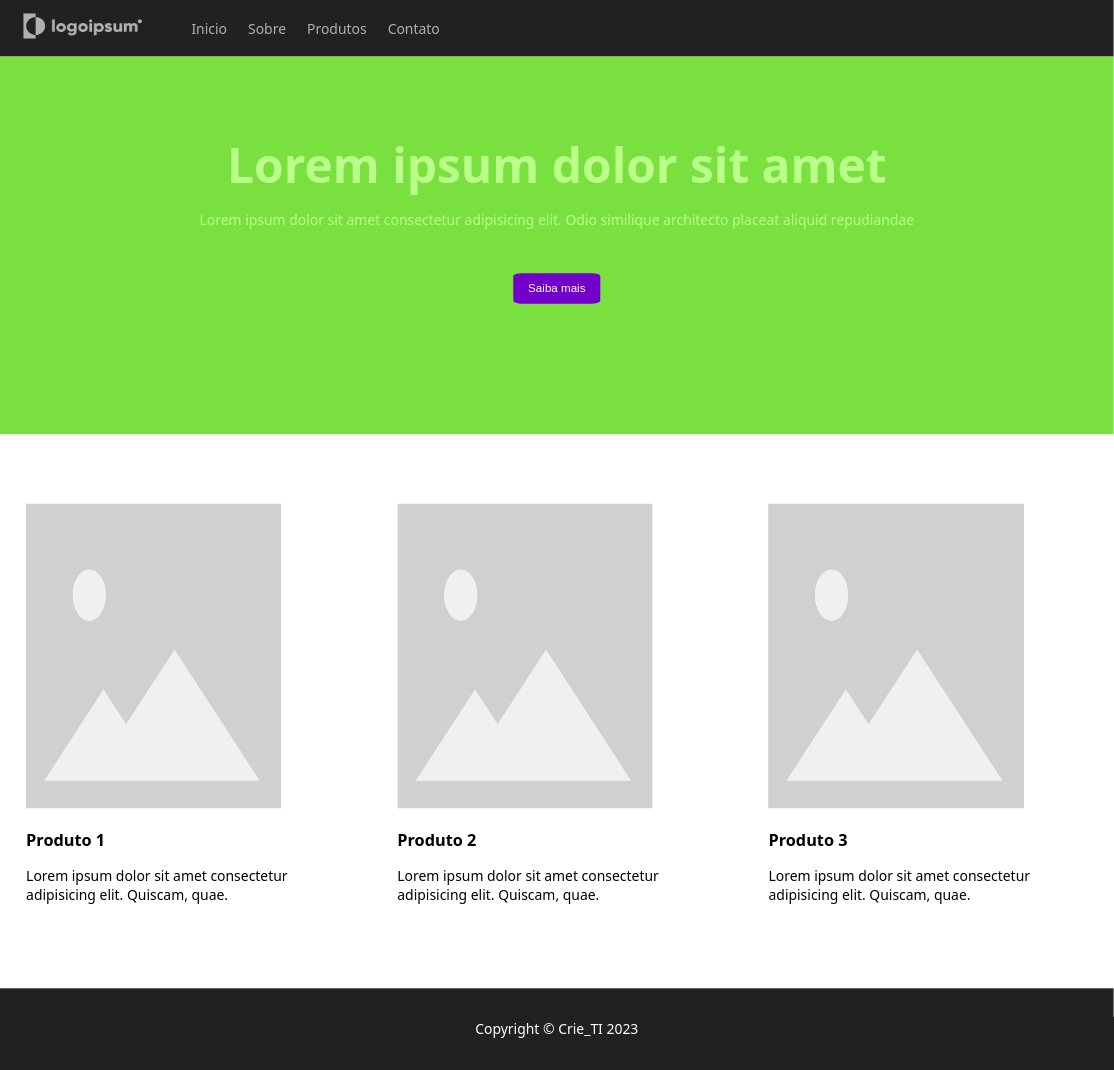
Repository: Carolden/SiteCrie_Ti
Page: index.html
The author's editor kept a copy of each file at every save. The page is drawn from the files as they stood at one save, then again after the next save.
The browser window is 1280 px wide. The pictures show the whole page, at 87% of full size.

Above is the page before, as saved 2023-04-25 19:48:04.

After the next save:
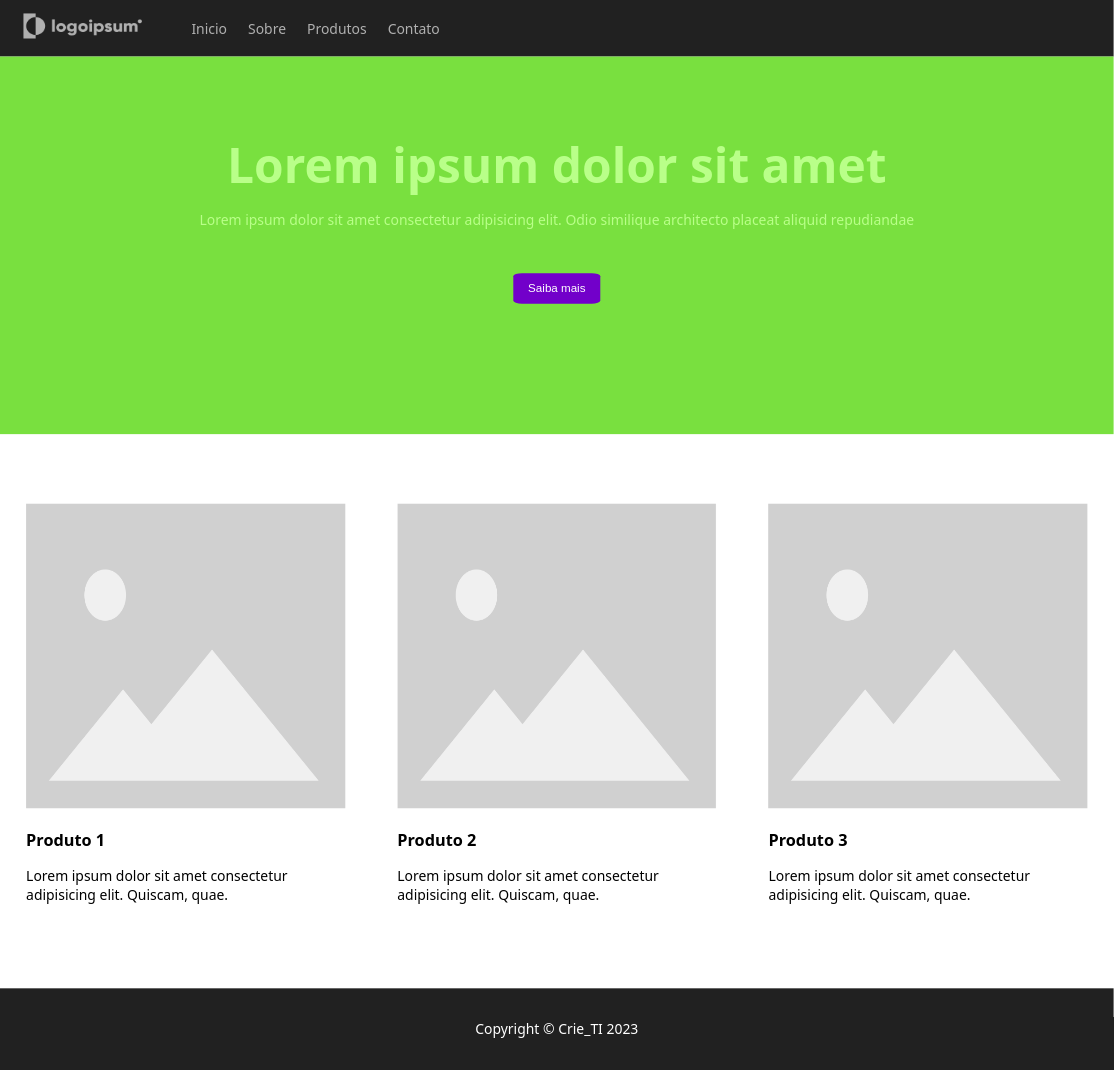
Saved 65 s later.
--- a/index.css
+++ b/index.css
@@ -80,7 +80,7 @@ button {
 
 
 .column img {
-    width: 80%;
+    width: 100%;
     height: 350px;
     /* object-fit: cover; */
     text-align: center;
